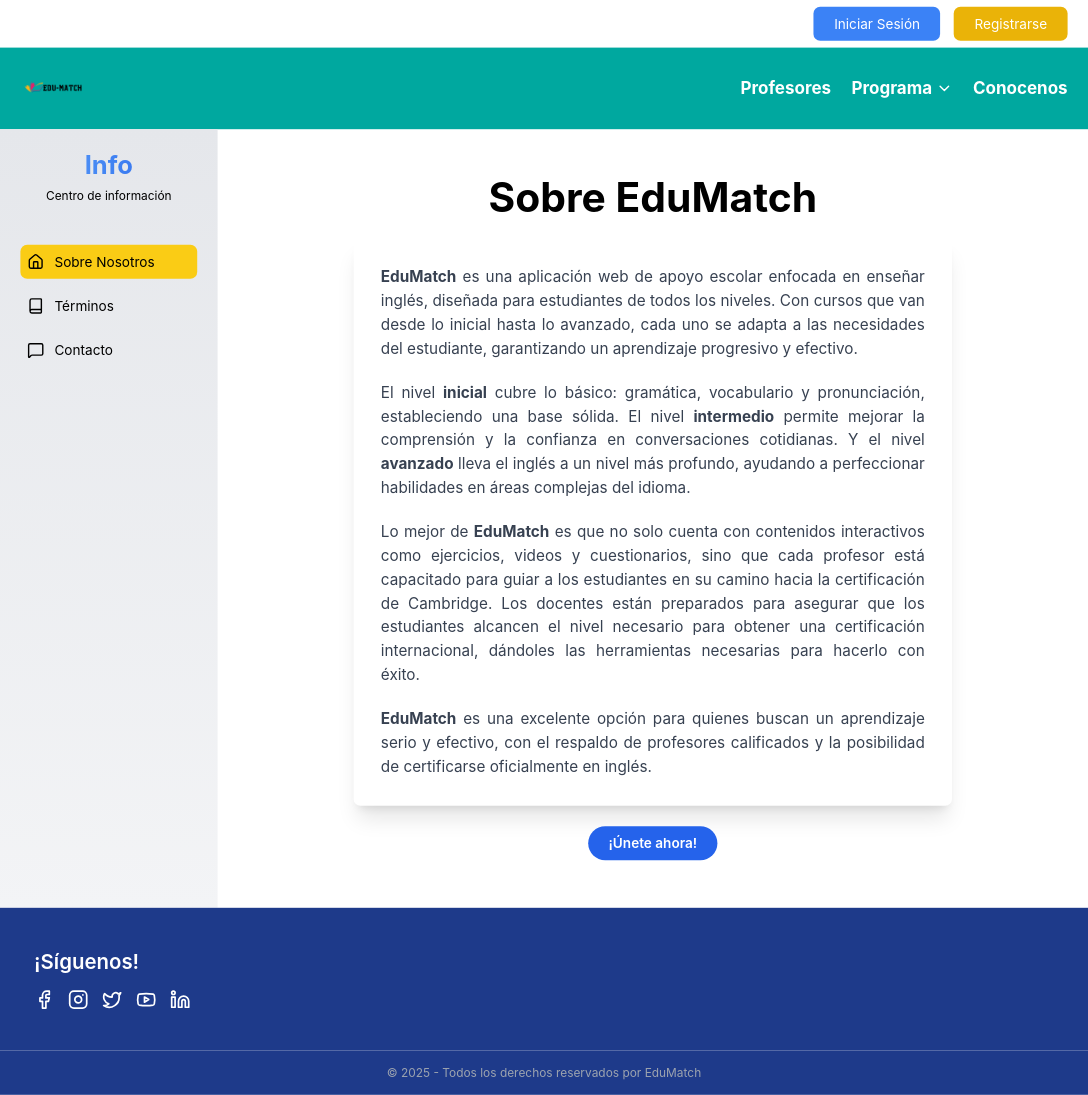
Repository: sofikalpin/EduMatch
Page: /informacion (app in frontend-sistema-apoyo/frontend-sistema-apoyo/)
An editor plug-in stored every save of this project. The page is shown before and after the next save, followed by the edit.
The browser window is 1280 px wide. The pictures show the whole page, at 85% of full size.
The project was rebuilt for these pictures with package versions that can differ from the ones it lists, and the page was loaded fresh each time. Also part of the build but not shown: frontend-sistema-apoyo/frontend-sistema-apoyo/src/componentes/inicio/ProgramDropdown.js, frontend-sistema-apoyo/frontend-sistema-apoyo/src/componentes/inicio/Inicio.js, frontend-sistema-apoyo/frontend-sistema-apoyo/src/componentes/login/Login.css, frontend-sistema-apoyo/frontend-sistema-apoyo/src/componentes/login/LoginUtils.js, frontend-sistema-apoyo/frontend-sistema-apoyo/src/componentes/login/Login.js, frontend-sistema-apoyo/frontend-sistema-apoyo/src/componentes/registrar/Registrar.css, frontend-sistema-apoyo/frontend-sistema-apoyo/src/componentes/registrar/Registrar.js, frontend-sistema-apoyo/frontend-sistema-apoyo/src/componentes/perfil/Perfil.js and 4 more.

Above is the page before, as saved 2025-01-28 15:01:25.

### frontend-sistema-apoyo/frontend-sistema-apoyo/src/index.js
import React from 'react';
import ReactDOM from 'react-dom/client';
import './index.css';
import App from './App';
import { BrowserRouter } from 'react-router-dom';

const root = ReactDOM.createRoot(document.getElementById('root'));
root.render(
  <BrowserRouter>
    <App />
  </BrowserRouter>
);

### frontend-sistema-apoyo/frontend-sistema-apoyo/src/index.css
@tailwind base;
@tailwind components;
@tailwind utilities;
/* Tus estilos personalizados vienen después */
body {
  margin: 0;
  font-family: -apple-system, BlinkMacSystemFont, 'Segoe UI', 'Roboto', 'Oxygen',
    'Ubuntu', 'Cantarell', 'Fira Sans', 'Droid Sans', 'Helvetica Neue',
    sans-serif;
  -webkit-font-smoothing: antialiased;
  -moz-osx-font-smoothing: grayscale;
}

code {
  font-family: source-code-pro, Menlo, Monaco, Consolas, 'Courier New',
    monospace;
}

### frontend-sistema-apoyo/frontend-sistema-apoyo/src/App.js
import React from "react";
import { Routes, Route, Navigate } from "react-router-dom";
import "./App.css";

import Inicio from "./componentes/inicio/Inicio";
import Login from "./componentes/login/Login";
import { Registrar } from "./componentes/registrar/Registrar";
import Perfil from "./componentes/perfil/Perfil";

import InicioProfesor from "./componentes/inicio/profesorini";
import NivelInicial from "./componentes/inicio/NivelInicial";
import NivelIntermedio from "./componentes/inicio/NivelIntermedio";
import NivelAvanzado from "./componentes/inicio/NivelAvanzado";
import Informacion from "./componentes/inicio/Informacion";


// Componente para proteger rutas basadas en rol
const ProtectedRoute = ({ children, role }) => {
  const userRole = localStorage.getItem("role");

  if (userRole !== role) {
    return <Navigate to="/" />;
  }

  return children;
};

function App() {
  return (
    <div className="App">
      <Routes>
        {/* Rutas públicas */}
        <Route path="/" element={<Inicio />} />
        <Route path="/iniciarsesion" element={<Login />} />
        <Route path="/registrarse" element={<Registrar />} />
        <Route path="/perfil" element={<Perfil />} />
        <Route path="/inicioprofesor" element={<InicioProfesor />} />
        <Route path="/nivelinicial" element={<NivelInicial />} />
        <Route path="/nivelintermedio" element={<NivelIntermedio />} />
        <Route path="/nivelavanzado" element={<NivelAvanzado />} />
        <Route path="/informacion" element={<Informacion />} />


        {/* Rutas protegidas */}

        {/* Redirigir rutas no encontradas */}
        <Route path="*" element={<Navigate to="/" />} />
      </Routes>
    </div>
  );
}

export default App;

### frontend-sistema-apoyo/frontend-sistema-apoyo/src/componentes/inicio/Informacion.js
import { useState } from 'react';
import { useNavigate } from 'react-router-dom';
import { Home, Book, Shield, MessageSquare } from 'lucide-react';
import TopBar from './TopBar';
import Header from './Header';
import Footer from './Footer';
import logo from '../../logo/LogoInicio.png';

// Constants remain the same
const FOOTER_SECTIONS = {
  section1: {
    title: "Información",
    links: ["Sobre Nosotros", "Términos y Condiciones", "Contacto"]
  },
  section2: {
    title: "Programas",
    links: ["Nivel Inicial", "Nivel Medio", "Nivel Superior"]
  }
};

const SOCIAL_ICONS = [
  { name: 'Facebook', color: 'hover:text-blue-500' },
  { name: 'Instagram', color: 'hover:text-pink-500' },
  { name: 'Twitter', color: 'hover:text-blue-400' },
  { name: 'Youtube', color: 'hover:text-red-500' },
  { name: 'Linkedin', color: 'hover:text-blue-700' }
];

const NAV_ITEMS = [
  { id: "sobre-nosotros", Icon: Home, text: "Sobre Nosotros" },
  { id: "terminos", Icon: Book, text: "Términos" },
  { id: "contacto", Icon: MessageSquare, text: "Contacto" }
];

// NavItem component
const NavItem = ({ id, Icon, text, isActive, onClick }) => (
  <div
    onClick={onClick}
    className={`flex items-center space-x-3 p-2 rounded-lg cursor-pointer ${isActive ? 'bg-yellow-400 text-black' : 'text-white-300'}`}
  >
    <Icon className="w-5 h-5" />
    <span>{text}</span>
  </div>
);

// SobreNosotros component
const SobreNosotros = () => (
  <div className="p-8 max-w-3xl mx-auto space-y-6">
    <h1 className="text-5xl font-bold text-black-600 mb-6 text-center">Sobre EduMatch</h1>
    <div className="p-8 bg-white rounded-lg shadow-xl space-y-6">
      <p className="text-lg text-gray-700 text-justify">
        <strong>EduMatch</strong> es una aplicación web de apoyo escolar enfocada en enseñar inglés, diseñada para estudiantes de todos los niveles. Con cursos que van desde lo inicial hasta lo avanzado, cada uno se adapta a las necesidades del estudiante, garantizando un aprendizaje progresivo y efectivo.
      </p>
      <p className="text-lg text-gray-700 text-justify">
        El nivel <strong>inicial</strong> cubre lo básico: gramática, vocabulario y pronunciación, estableciendo una base sólida. El nivel <strong>intermedio</strong> permite mejorar la comprensión y la confianza en conversaciones cotidianas. Y el nivel <strong>avanzado</strong> lleva el inglés a un nivel más profundo, ayudando a perfeccionar habilidades en áreas complejas del idioma.
      </p>
      <p className="text-lg text-gray-700 text-justify">
        Lo mejor de <strong>EduMatch</strong> es que no solo cuenta con contenidos interactivos como ejercicios, videos y cuestionarios, sino que cada profesor está capacitado para guiar a los estudiantes en su camino hacia la certificación de Cambridge. Los docentes están preparados para asegurar que los estudiantes alcancen el nivel necesario para obtener una certificación internacional, dándoles las herramientas necesarias para hacerlo con éxito.
      </p>
      <p className="text-lg text-gray-700 text-justify">
        <strong>EduMatch</strong> es una excelente opción para quienes buscan un aprendizaje serio y efectivo, con el respaldo de profesores calificados y la posibilidad de certificarse oficialmente en inglés.
      </p>
    </div>
    <div className="mt-8 text-center">
      <a href="/registrarse" className="inline-block bg-blue-600 text-white font-semibold py-2 px-6 rounded-full hover:bg-blue-700 transition-colors">
        ¡Únete ahora!
      </a>
    </div>
  </div>
);

// Contacto component
const Contacto = () => (
  <div className="p-8 max-w-3xl mx-auto space-y-6">
    <h1 className="text-5xl font-bold text-black-600 mb-6 text-center">Contacto</h1>

    <div className="p-8 bg-white rounded-lg shadow-xl space-y-6">
      <p className="text-lg text-gray-700 text-justify">
        ¿Tienes preguntas o comentarios? Nos encantaría saber de ti. Rellena el siguiente formulario y nuestro equipo se pondrá en contacto contigo lo antes posible.
      </p>

      <form className="space-y-6">
        <div>
          <label htmlFor="name" className="block text-lg font-semibold text-gray-800">Nombre</label>
          <input
            type="text"
            id="name"
            name="name"
            placeholder="Tu nombre"
            className="w-full p-3 mt-2 border-2 border-gray-300 rounded-lg focus:outline-none focus:ring-2 focus:ring-blue-500"
          />
        </div>

        <div>
          <label htmlFor="email" className="block text-lg font-semibold text-gray-800">Correo electrónico</label>
          <input
            type="email"
            id="email"
            name="email"
            placeholder="Tu correo electrónico"
            className="w-full p-3 mt-2 border-2 border-gray-300 rounded-lg focus:outline-none focus:ring-2 focus:ring-blue-500"
          />
        </div>

        <div>
          <label htmlFor="message" className="block text-lg font-semibold text-gray-800">Mensaje</label>
          <textarea
            id="message"
            name="message"
            placeholder="Escribe tu mensaje aquí"
            rows="4"
            className="w-full p-3 mt-2 border-2 border-gray-300 rounded-lg focus:outline-none focus:ring-2 focus:ring-blue-500"
          ></textarea>
        </div>

        <div className="text-center">
          <button
            type="submit"
            className="inline-block bg-blue-600 text-white font-semibold py-2 px-6 rounded-full hover:bg-blue-700 transition-colors"
          >
            Enviar Mensaje
          </button>
        </div>
      </form>
    </div>
  </div>
);

// TerminosYCondiciones component
const TerminosYCondiciones = () => (
  <div className="p-8 max-w-5xl mx-auto space-y-6">
    <h1 className="text-4xl font-bold text-blue-600 mb-6 text-center">Términos y Condiciones</h1>

    <div className="grid grid-cols-1 md:grid-cols-2 lg:grid-cols-2 gap-6">
      <div className="p-6 bg-white rounded-lg shadow-lg">
        <h2 className="text-2xl font-semibold text-gray-800">1. Aceptación de los Términos</h2>
        <p className="text-lg text-gray-700 mt-4">
          Al registrarte y usar EduMatch, aceptas cumplir con estos términos. Si no estás de acuerdo, no puedes usar la plataforma.
        </p>
      </div>

      <div className="p-6 bg-white rounded-lg shadow-lg">
        <h2 className="text-2xl font-semibold text-gray-800">2. Responsabilidades del Usuario</h2>
        <p className="text-lg text-gray-700 mt-4">
          El usuario es responsable de mantener la confidencialidad de su cuenta y de usar la plataforma de manera ética, sin infringir derechos de otros usuarios o de terceros.
        </p>
      </div>

      <div className="p-6 bg-white rounded-lg shadow-lg">
        <h2 className="text-2xl font-semibold text-gray-800">3. Modificaciones a los Términos</h2>
        <p className="text-lg text-gray-700 mt-4">
          EduMatch puede modificar estos términos en cualquier momento. Las modificaciones serán publicadas en esta página y serán efectivas inmediatamente después de su publicación.
        </p>
      </div>

      <div className="p-6 bg-white rounded-lg shadow-lg">
        <h2 className="text-2xl font-semibold text-gray-800">4. Terminación de los Servicios</h2>
        <p className="text-lg text-gray-700 mt-4">
          Podemos suspender o terminar tu acceso a la plataforma si incumples estos términos, sin previo aviso ni responsabilidad por daños ocasionados.
        </p>
      </div>
    </div>

    <div className="mt-8 text-center">
      <a href="/registrarse" className="inline-block bg-blue-600 text-white font-semibold py-2 px-6 rounded-full hover:bg-blue-700 transition-colors">
        ¡Únete ahora!
      </a>
    </div>
  </div>
);

const Navigation = ({ currentPage, setCurrentPage }) => (
  <nav className="w-64 bg-gradient-to-b from-gray-200 to-gray-100 p-6">
    <div className="mb-12">
      <h2 className="text-3xl font-bold text-transparent bg-clip-text bg-gradient-to-r from-blue-400 to-blue-600">
        Info
      </h2>
      <p className="text-black-400 text-sm mt-2">Centro de información</p>
    </div>
    <div className="space-y-3">
      {NAV_ITEMS.map(({ id, Icon, text }) => (
        <NavItem
          key={id}
          id={id}
          Icon={Icon}
          text={text}
          isActive={currentPage === id}
          onClick={() => setCurrentPage(id)}
        />
      ))}
    </div>
  </nav>
);

const InfoPages = () => {
  const [currentPage, setCurrentPage] = useState('sobre-nosotros');
  const navigate = useNavigate();

  const pageComponents = {
    'sobre-nosotros': <SobreNosotros />,
    'contacto': <Contacto />,
    'terminos': <TerminosYCondiciones />
  };

  return (
    <div className="min-h-screen flex flex-col">
      {/* Header */}
      <TopBar
        onLogin={() => navigate('/iniciarsesion')}
        onRegister={() => navigate('/registrarse')}
      />
      <Header
        onNavigate={navigate}
        logo={logo}
      />

      {/* Info Content */}
      <div className="flex flex-2">
        <Navigation currentPage={currentPage} setCurrentPage={setCurrentPage} />
        <main className="flex-1 p-6">{pageComponents[currentPage]}</main>
      </div>

      {/* Footer */}
      <Footer sections={FOOTER_SECTIONS} socialIcons={SOCIAL_ICONS} />
    </div>
  );
};

export default InfoPages;

### frontend-sistema-apoyo/frontend-sistema-apoyo/src/componentes/inicio/TopBar.js
import React from 'react';

const TopBar = ({ onLogin, onRegister }) => (
  <div className="bg-white py-2 flex justify-end items-center px-6">
    <button
      onClick={onLogin}
      className="px-6 py-2 bg-blue-500 text-white rounded-lg mr-4 hover:bg-blue-600 transition-colors"
    >
      Iniciar Sesión
    </button>
    <button
      onClick={onRegister}
      className="px-6 py-2 bg-yellow-500 text-white rounded-lg hover:bg-yellow-600 transition-colors"
    >
      Registrarse
    </button>
  </div>
);

export default TopBar;

### frontend-sistema-apoyo/frontend-sistema-apoyo/src/componentes/inicio/Header.js
import React, { useState } from 'react';
import { ChevronDown } from 'lucide-react';
import ProgramDropdown from './ProgramDropdown';

const Header = ({ onNavigate, logo }) => {
  const [isProgramsOpen, setIsProgramsOpen] = useState(false);

  return (
    <header className="flex items-center justify-between p-6" style={{ backgroundColor: '#00A89F' }}>
      <img src={logo} alt="Logo" className="h-12" />
      <nav className="flex gap-6 justify-end flex-1">
        <button
          onClick={() => onNavigate('/inicioprofesor')}
          className="text-white font-bold hover:text-yellow-400 active:text-yellow-400 text-xl transition-colors"
        >
          Profesores
        </button>
        <div className="relative">
          <button
            onMouseEnter={() => setIsProgramsOpen(true)}
            className="text-white font-bold hover:text-yellow-400 active:text-yellow-400 text-xl transition-colors flex items-center gap-1"
          >
            Programa
            <ChevronDown
              className={`w-5 h-5 transition-transform ${isProgramsOpen ? 'rotate-180' : ''}`}
            />
          </button>
          <ProgramDropdown
            isOpen={isProgramsOpen}
            onClose={() => setIsProgramsOpen(false)}
          />
        </div>
        <button
          onClick={() => onNavigate('/informacion')}
          className="text-white font-bold hover:text-yellow-400 active:text-yellow-400 text-xl transition-colors"
        >
          Conocenos
        </button>
      </nav>
    </header>
  );
};

export default Header;

### frontend-sistema-apoyo/frontend-sistema-apoyo/src/componentes/inicio/Footer.js
import React from 'react';
import { Facebook, Instagram, Twitter, Youtube, Linkedin } from 'lucide-react';

const icons = {
  Facebook: Facebook,
  Instagram: Instagram,
  Twitter: Twitter,
  Youtube: Youtube,
  Linkedin: Linkedin,
};

const SocialIcon = (name) => icons[name] || null;

const Footer = ({ socialIcons, footerSections, onNavigation }) => (
  <>
    <footer className="bg-blue-900 text-white py-12">
      <div className="mx-auto px-10 w-full">
        <div className="flex flex-col lg:flex-row justify-between gap-12">
          {/* Social Media */}
          <div className="lg:w-1/3 space-y-4">
            <h2 className="text-2xl font-semibold text-center lg:text-left">¡Síguenos!</h2>
            <div className="flex justify-center lg:justify-start space-x-4">
              {socialIcons.map(({ name, color }) => {
                const Icon = SocialIcon(name);
                return Icon && (
                  <button
                    key={name}
                    className={`${color} transition-colors`}
                    aria-label={`Ir a ${name}`}
                  >
                    <Icon className="h-6 w-6" />
                  </button>
                );
              })}
            </div>
          </div>
          {/* Footer Links */}
          <div className="lg:w-2/3 grid grid-cols-1 sm:grid-cols-2 gap-12">
            {Object.values(footerSections).map((section, index) => (
              <div key={index}>
                <h3 className="font-semibold text-lg mb-4">{section.title}</h3>
                <ul className="space-y-2">
                  {section.links.map((link, linkIndex) => (
                    <li key={linkIndex}>
                      <button
                        onClick={() => onNavigation(`/${link.toLowerCase().replace(/\s+/g, '-')}`)}
                        className="text-gray-300 hover:text-white transition-colors"
                      >
                        {link}
                      </button>
                    </li>
                  ))}
                </ul>
              </div>
            ))}
          </div>
        </div>
      </div>
    </footer>
    <div className="bg-blue-900 text-center text-gray-400 text-sm py-4">
      © 2025 - Todos los derechos reservados por EduMatch
    </div>
  </>
);

Footer.defaultProps = {
  socialIcons: [],
  footerSections: {},
};

export default Footer;

Loaded but not shown: frontend-sistema-apoyo/frontend-sistema-apoyo/public/index.html (common file); frontend-sistema-apoyo/frontend-sistema-apoyo/src/App.css (common file); frontend-sistema-apoyo/frontend-sistema-apoyo/tailwind.config.js (common file)

After the next save:
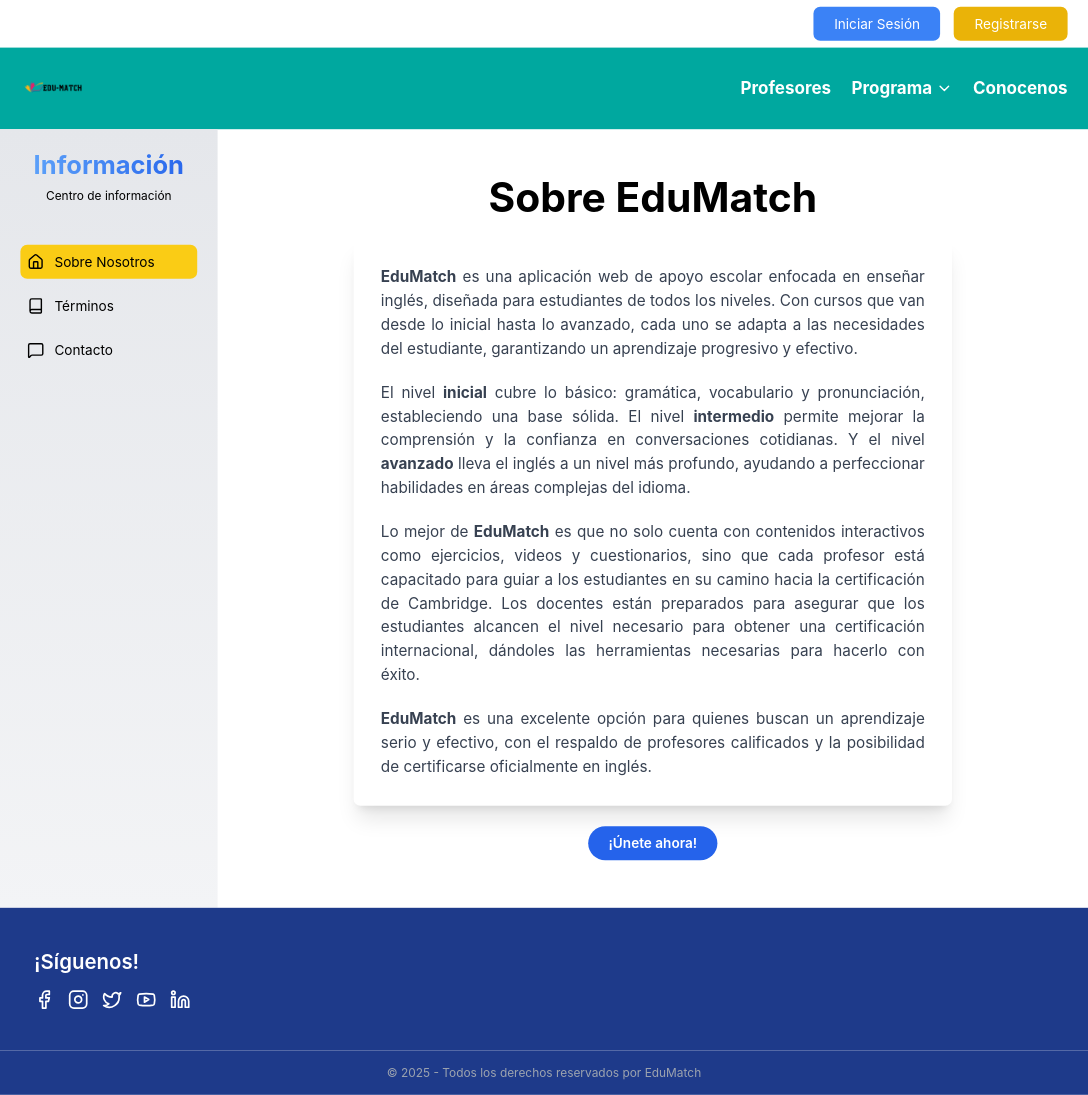
Saved 53 s later.
--- a/frontend-sistema-apoyo/frontend-sistema-apoyo/src/componentes/inicio/Informacion.js
+++ b/frontend-sistema-apoyo/frontend-sistema-apoyo/src/componentes/inicio/Informacion.js
@@ -173,7 +173,7 @@ const Navigation = ({ currentPage, setCurrentPage }) => (
   <nav className="w-64 bg-gradient-to-b from-gray-200 to-gray-100 p-6">
     <div className="mb-12">
       <h2 className="text-3xl font-bold text-transparent bg-clip-text bg-gradient-to-r from-blue-400 to-blue-600">
-        Info
+        Información
       </h2>
       <p className="text-black-400 text-sm mt-2">Centro de información</p>
     </div>
